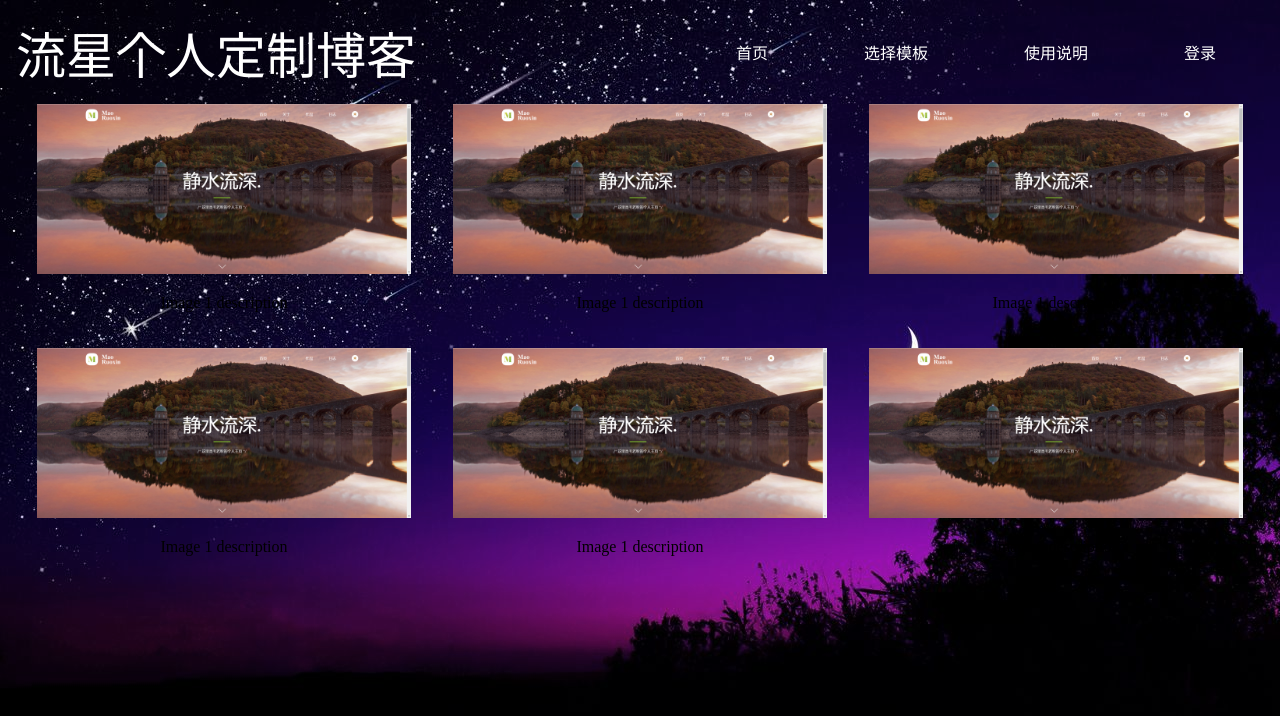
Repository: ljfzd6/showself
Page: /#/home/showtemplate
These files come from the project's save history. The page is drawn as it stood at one moment and after the next save; the edit follows.
The browser window is 1280 px wide. The pictures show the whole page.
The project was rebuilt for these pictures with package versions that can differ from the ones it lists, and the page was loaded fresh each time. Also part of the build but not shown: vue.config.js, src/views/hometext-page.vue, src/components/loginregister-page.vue, src/components/home-page.vue.

Above is the page before, as saved 2023-06-03 13:26:59.

After the next save:
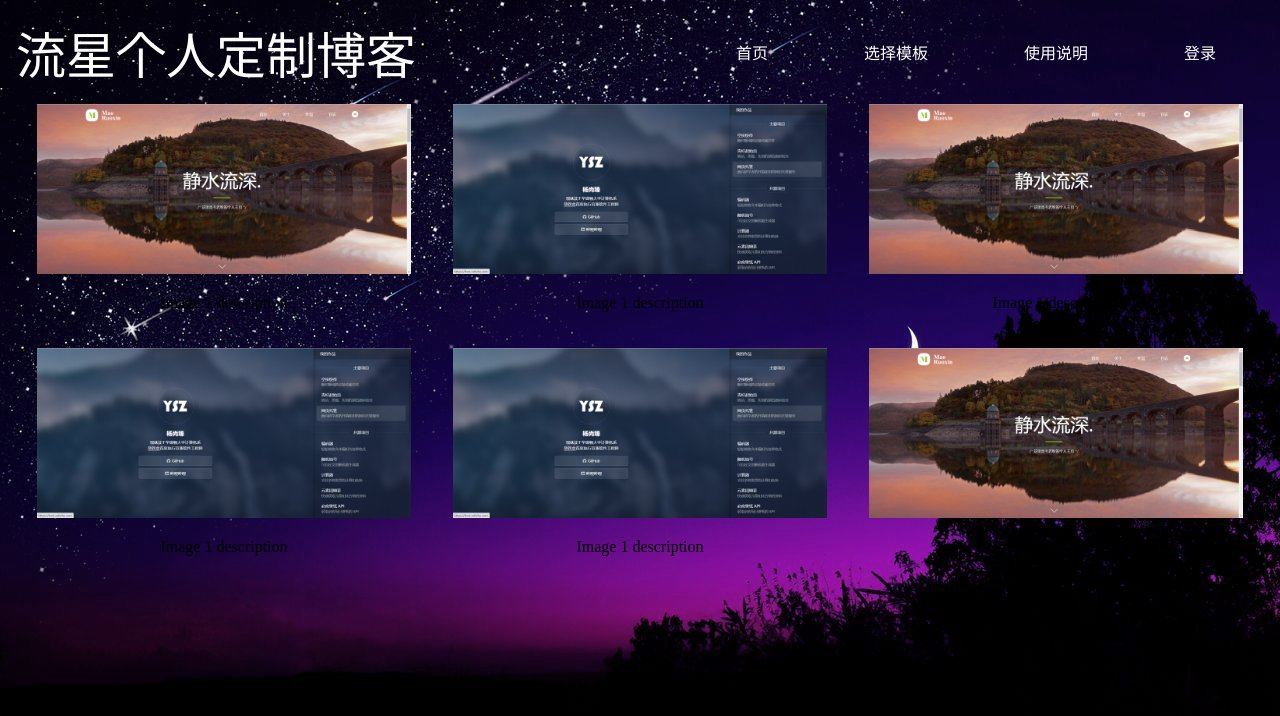
Saved 2 min 33 s later.
--- a/src/views/showtemplate-page.vue
+++ b/src/views/showtemplate-page.vue
@@ -6,7 +6,7 @@
       <p onclick="selectText(this)">Image 1 description</p>
     </div>
     <div class="image-box">
-      <img src="../assets/1.png" alt="Image 1" onclick="animateImage(this)">
+      <img src="../assets/2.png" alt="Image 1" onclick="animateImage(this)">
       <p onclick="selectText(this)">Image 1 description</p>
     </div>
     <div class="image-box">
@@ -14,11 +14,11 @@
       <p onclick="selectText(this)">Image 1 description</p>
     </div>
     <div class="image-box">
-      <img src="../assets/1.png" alt="Image 1" onclick="animateImage(this)">
+      <img src="../assets/2.png" alt="Image 1" onclick="animateImage(this)">
       <p onclick="selectText(this)">Image 1 description</p>
     </div>
     <div class="image-box">
-      <img src="../assets/1.png" alt="Image 1" onclick="animateImage(this)">
+      <img src="../assets/2.png" alt="Image 1" onclick="animateImage(this)">
       <p onclick="selectText(this)">Image 1 description</p>
     </div>
     <div class="image-box">
